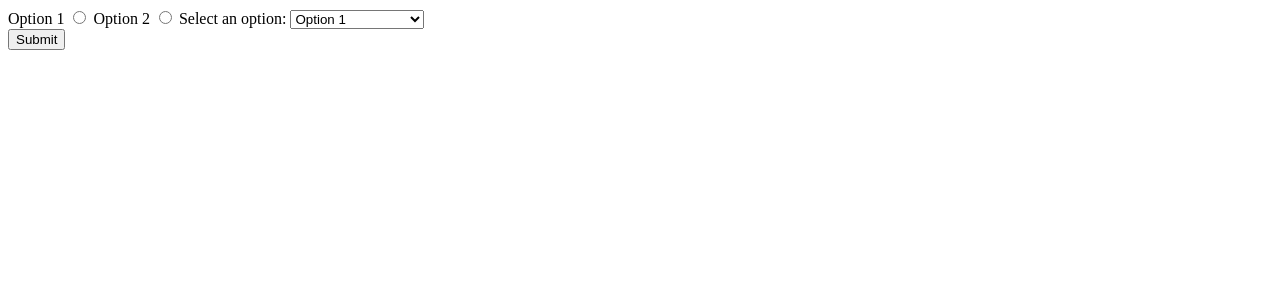
Repository: tranhuunghiem99/N_Auto_Checked
Page: test/index.html
These files come from the project's save history. The page is drawn as it stood at one moment and after the next save; the edit follows.
The browser window is 1280 px wide. The pictures show the whole page.

Above is the page before, as saved 2024-05-07 21:49:18.

After the next save:
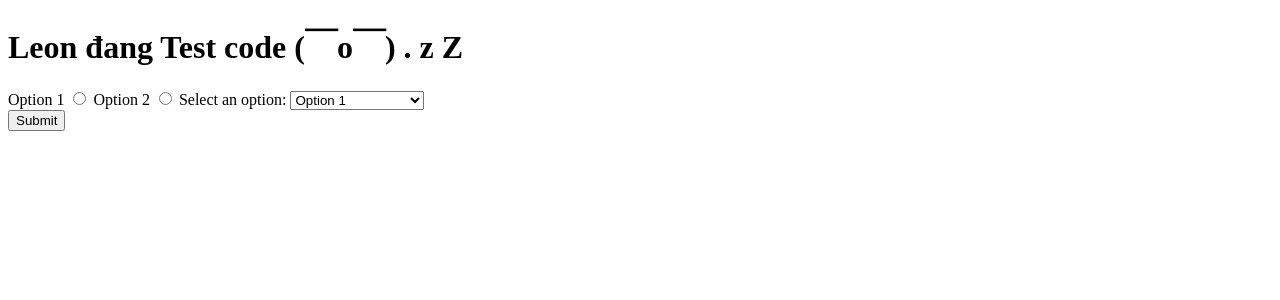
Saved 12 s later.
--- a/test/index.html
+++ b/test/index.html
@@ -30,6 +30,8 @@
     <title>Radio Button and Listbox Example</title>
   </head>
   <body>
+    <h1>Leon đang Test code (￣o￣) . z Z</h1>
+
     <form action="/submit" method="post">
       <label for="option1">Option 1</label>
       <input type="radio" name="option" value="1" id="option1" required>
